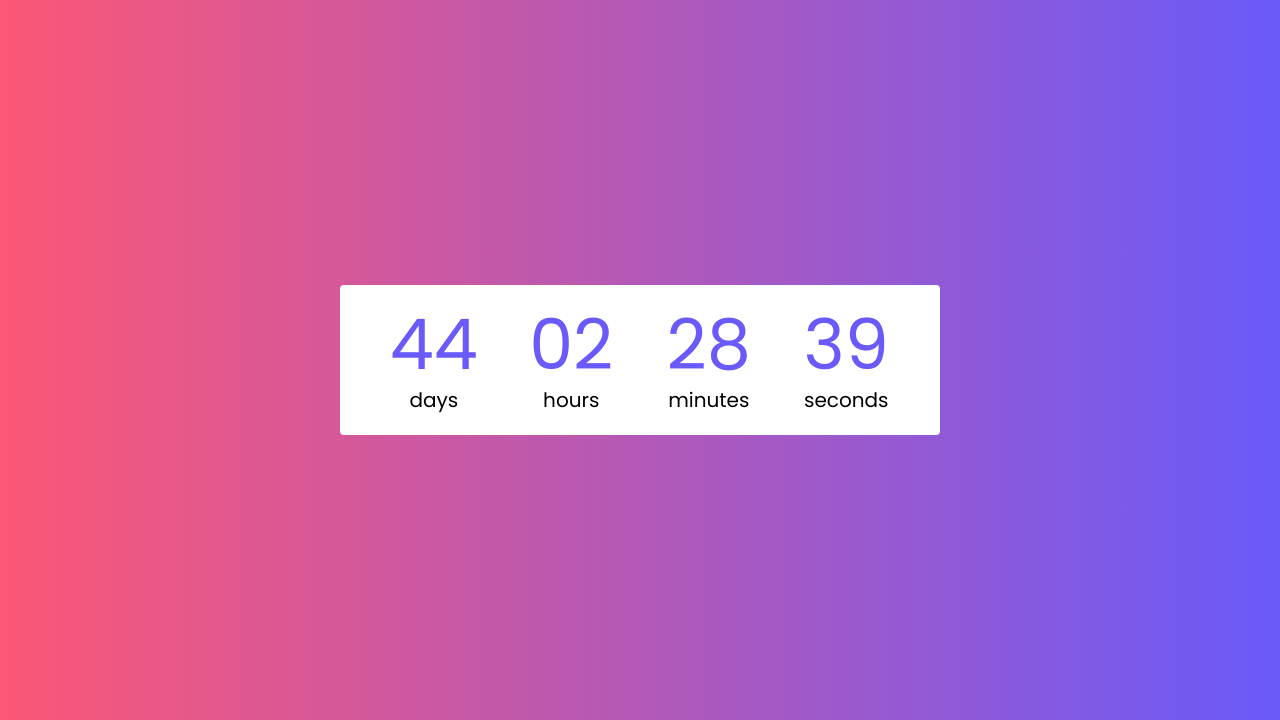
Repository: thuan711/All-about-JS
Page: countdown.html
An editor plug-in stored every save of this project. The page is shown before and after the next save, followed by the edit.
The browser window is 1280 px wide. The pictures show the whole page.

Above is the page before, as saved 2022-12-31 01:40:45.

### countdown.html
<!DOCTYPE html>
<html lang="en">
  <head>
    <meta charset="UTF-8" />
    <meta http-equiv="X-UA-Compatible" content="IE=edge" />
    <title>Countdown Timer</title>
    <link rel="preconnect" href="https://fonts.gstatic.com" />
    <link
      href="https://fonts.googleapis.com/css2?family=Poppins:wght@400;600&display=swap"
      rel="stylesheet"
    />
    <link
      rel="stylesheet"
      href="https://cdnjs.cloudflare.com/ajax/libs/font-awesome/4.7.0/css/font-awesome.min.css"
      integrity="sha512-SfTiTlX6kk+qitfevl/7LibUOeJWlt9rbyDn92a1DqWOw9vWG2MFoays0sgObmWazO5BQPiFucnnEAjpAB+/Sw=="
      crossorigin="anonymous"
    />
    <style>
        html {
            box-sizing: border-box;
            font-size: 62.5%;
          }
          * {
            margin: 0;
            padding: 0;
          }
          *,
          *:before,
          *:after {
            box-sizing: border-box;
          }
          input,
          textarea,
          select,
          button {
            outline: none;
          }
          input {
            line-height: normal;
          }
          label,
          button {
            cursor: pointer;
          }
          a {
            text-decoration: none;
          }
          img {
            display: block;
            max-width: 100%;
          }
          body {
            font-family: "Poppins", sans-serif;
            font-size: 16px;
            line-height: 1;
            background-image: linear-gradient(to right, #fc5776, #6a5af9);
            display: flex;
            justify-content: center;
            align-items: center;
            height: 100vh;
          }
          .countdown {
            display: flex;
            background-color: white;
            width: 100%;
            max-width: 600px;
            border-radius: 4px;
            padding: 25px;
          }
          .countdown li {
            text-align: center;
            width: 25%;
            display: flex;
            flex-direction: column;
            justify-content: center;
            padding: 0 20px;
          }
          .number,
          .text {
            line-height: 1;
          }
          .number {
            font-size: 70px;
            margin-bottom: 10px;
            color: #6a5af9;
          }
          .text {
            font-size: 20px;
            font-weight: 300;
          }
    </style>
  </head>
  <body>
    <ul class="countdown">
      <li>
        <span class="number days">0</span>
        <span class="text">days</span>
      </li>
      <li>
        <span class="number hours">0</span>
        <span class="text">hours</span>
      </li>
      <li>
        <span class="number minutes">0</span>
        <span class="text">minutes</span>
      </li>
      <li>
        <span class="number seconds">0</span>
        <span class="text">seconds</span>
      </li>
    </ul>
    <script src="event/countdown.js"></script>
  </body>
</html>

### event/countdown.js
window.addEventListener("load", function(){
    const daysText = document.querySelector(".days");
    const hoursText = document.querySelector(".hours");
    const minutesText = document.querySelector(".minutes");
    const secondsText = document.querySelector(".seconds");
    function countdown(date){
        const endDate = new Date(date).getTime();
        if(isNaN(endDate)) return;
        setInterval(calculate,1000);
        function calculate(){
            let days, hours, minutes, seconds;
            const now = new Date();
            const startDate = now.getTime();
            let timeRemaining = parseInt((endDate - startDate) / 1000);
            if(timeRemaining > 0){
                days = parseInt(timeRemaining / 86400);
                timeRemaining = timeRemaining % 86400;
                hours = parseInt(timeRemaining / 3600);
                timeRemaining = timeRemaining % 3600;
                minutes = parseInt(timeRemaining / 60);
                timeRemaining = timeRemaining % 60;
                seconds = parseInt(timeRemaining);
                daysText.textContent = `0${days}`.slice(-2);
                hoursText.textContent = `0${hours}`.slice(-2);
                minutesText.textContent = `0${minutes}`.slice(-2);
                secondsText.textContent = `0${seconds}`.slice(-2);
            } else {
                return;
            }
        }
    }
    countdown("Tue Nov 07 2028 20:20:20 GMT+0700 (Indochina Time");
});

After the next save:
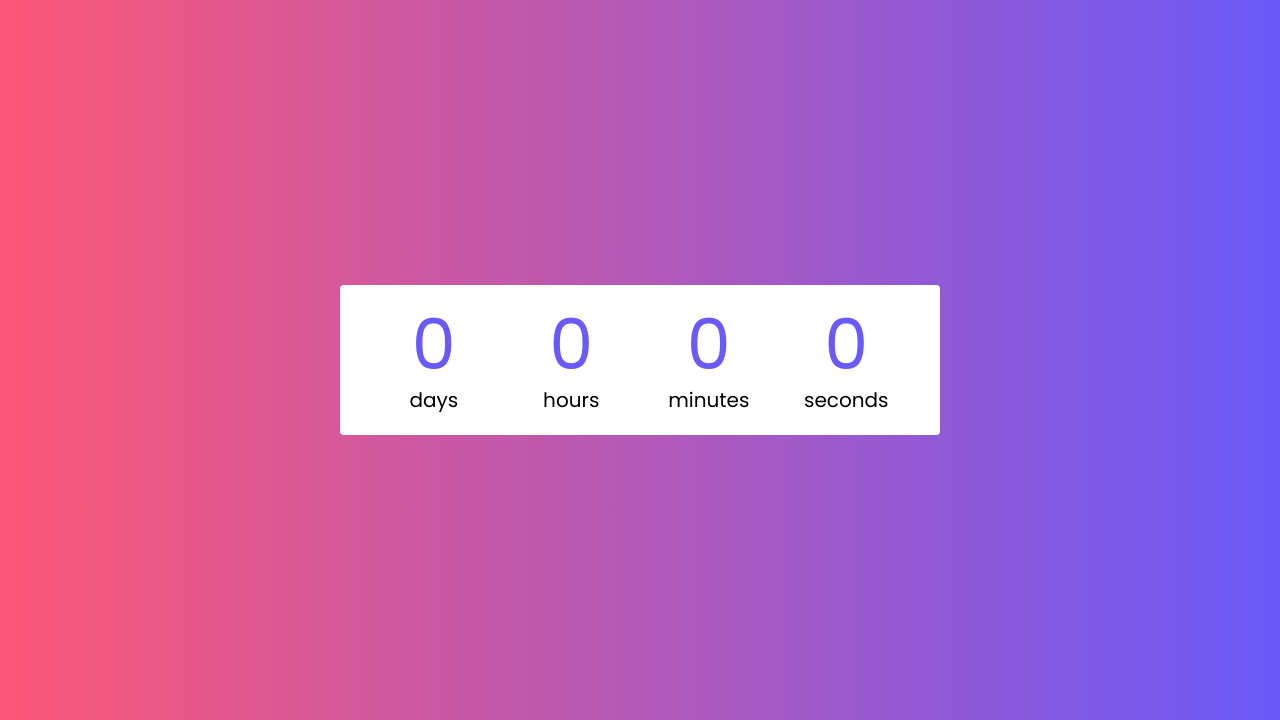
Saved 8 h 59 min later.
--- a/event/countdown.js
+++ b/event/countdown.js
@@ -29,5 +29,5 @@ window.addEventListener("load", function(){
             }
         }
     }
-    countdown("Tue Nov 07 2028 20:20:20 GMT+0700 (Indochina Time");
+    countdown("Tue Nov 07 2021 20:20:20 GMT+0700 (Indochina Time");
 });
